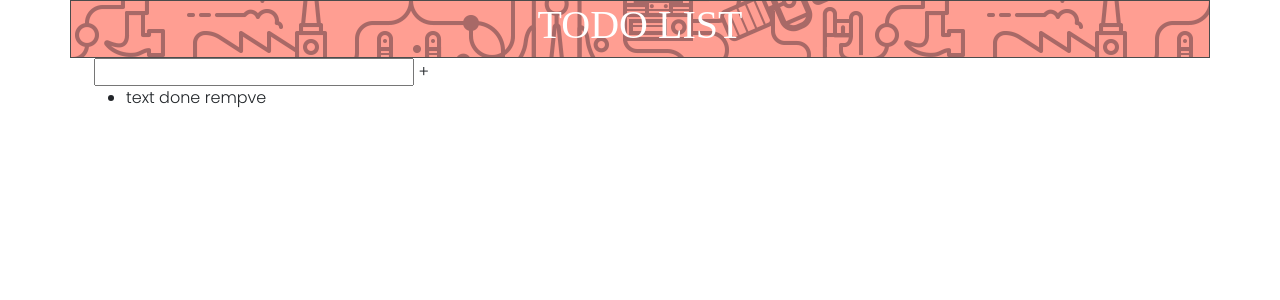
Repository: zum281/todo-list
Page: index.html
The author's editor kept a copy of each file at every save. The page is drawn from the files as they stood at one save, then again after the next save.
The browser window is 1280 px wide. The pictures show the whole page.
Some web fonts or font styles are not loaded; a fallback is used. The style sheet was rebuilt from its Sass, Less or Tailwind sources for each picture, by a compiler version that may differ from the author's.

Above is the page before, as saved 2021-03-05 15:53:17.

### index.html
<!DOCTYPE html>
<html lang="en">

    <head>
        <meta charset="UTF-8">
        <meta http-equiv="X-UA-Compatible" content="IE=edge">
        <meta name="viewport" content="width=device-width, initial-scale=1.0">

        <!-- Bootstrap CSS -->
        <link href="https://cdn.jsdelivr.net/npm/bootstrap@5.0.0-beta2/dist/css/bootstrap.min.css" rel="stylesheet"
            integrity="sha384-BmbxuPwQa2lc/FVzBcNJ7UAyJxM6wuqIj61tLrc4wSX0szH/Ev+nYRRuWlolflfl" crossorigin="anonymous">
        <!-- Option 1: Bootstrap Bundle with Popper -->
        <script src="https://cdn.jsdelivr.net/npm/bootstrap@5.0.0-beta2/dist/js/bootstrap.bundle.min.js"
            integrity="sha384-b5kHyXgcpbZJO/tY9Ul7kGkf1S0CWuKcCD38l8YkeH8z8QjE0GmW1gYU5S9FOnJ0" crossorigin="anonymous">
        </script>

        <!--Jquery-->
        <script src="https://code.jquery.com/jquery-3.6.0.min.js"
            integrity="sha256-/xUj+3OJU5yExlq6GSYGSHk7tPXikynS7ogEvDej/m4=" crossorigin="anonymous"></script>

        <link rel="stylesheet" href="css/main.css">
        <title>Todo List</title>
    </head>

    <body>
        <div class="container head">

            <h1 class="title">TODO LIST</h1>
        </div>
        <div class="container main">
            <div class="container add-todo-box">
                <input type="text" name="add-todo" id="add-todo">
                <span>+</span>
            </div>
            <div class="container todo-list-container">
                <ul class="todo-list">
                    <li class="todo-item"><span>text</span> done rempve</li>
                </ul>
            </div>
        </div>
        <script src="js/main.js"></script>
    </body>

</html>

### sass/main.scss
@import url("https://fonts.googleapis.com/css2?family=Poppins:wght@300;400;500;600;700&display=swap");
@import url("https://fonts.googleapis.com/css2?family=Chelsea+Market&display=swap");

* {
    margin: 0;
    padding: 0;
    box-sizing: border-box;
}

body {
    font-weight: 300;
    font-family: "Poppins";
}
.head {
    border: 1px solid black;
    background: url("/assets/science.png");
    background-repeat: repeat;
    opacity: 0.7;
}

.title {
    font-family: "Chelsea Market";
    text-align: center;
    color: #fff;
}

Loaded but not shown: js/main.js (common file)

After the next save:
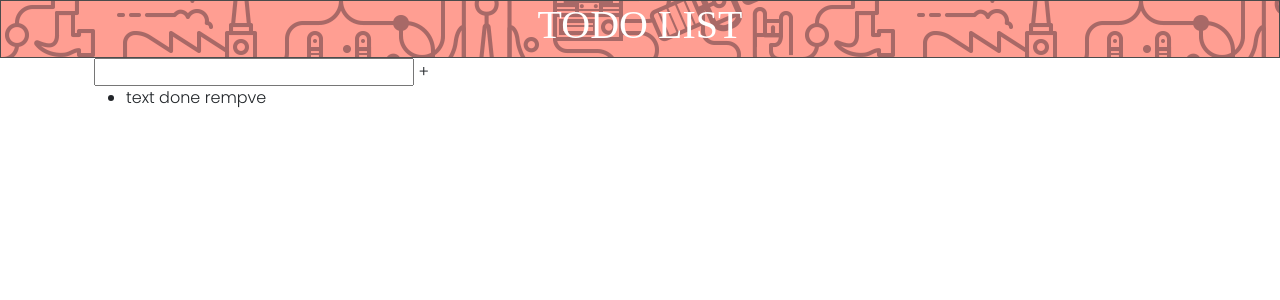
Saved 8 s later.
--- a/index.html
+++ b/index.html
@@ -23,7 +23,7 @@
     </head>
 
     <body>
-        <div class="container head">
+        <div class="container-fluid head">
 
             <h1 class="title">TODO LIST</h1>
         </div>
